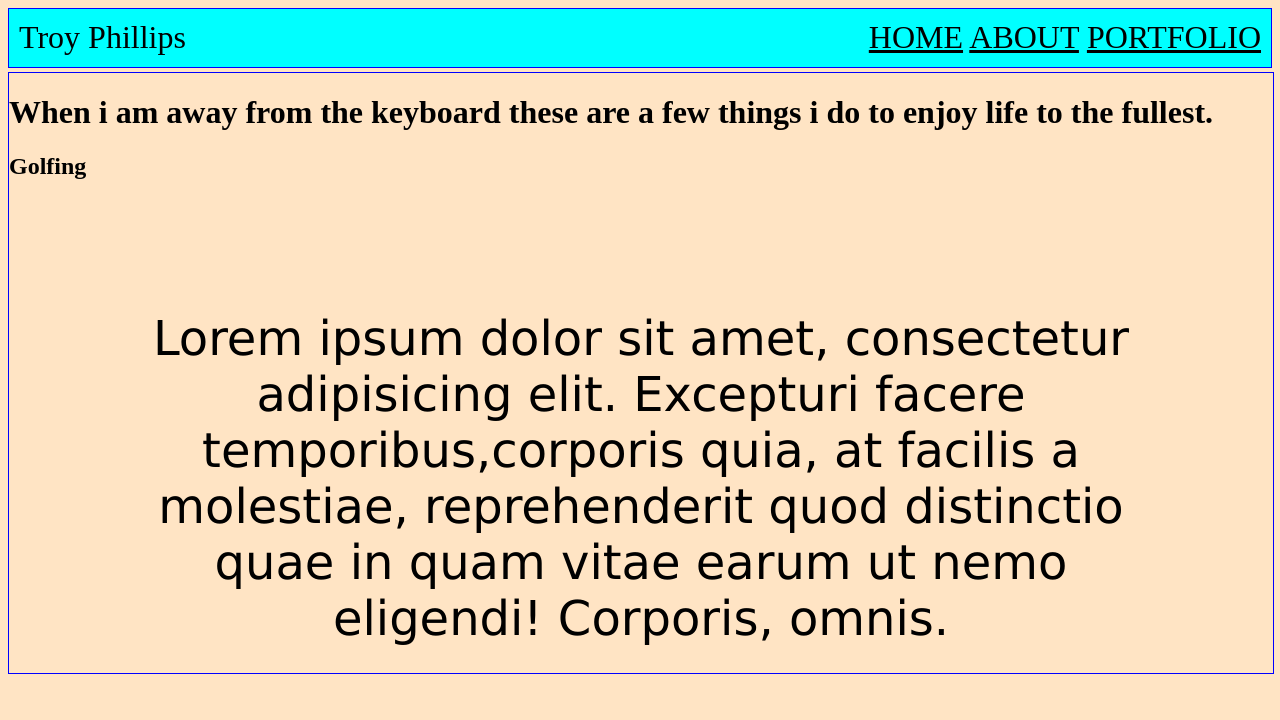
Repository: TheTroyPhillips/Personal-website
Page: about.html
These files come from the project's save history. The page is drawn as it stood at one moment and after a run of saves; the edit follows.
The browser window is 1280 px wide. The pictures show the whole page.

Above is the page before, as saved 2023-09-10 22:20:40.

After the next 5 saves:
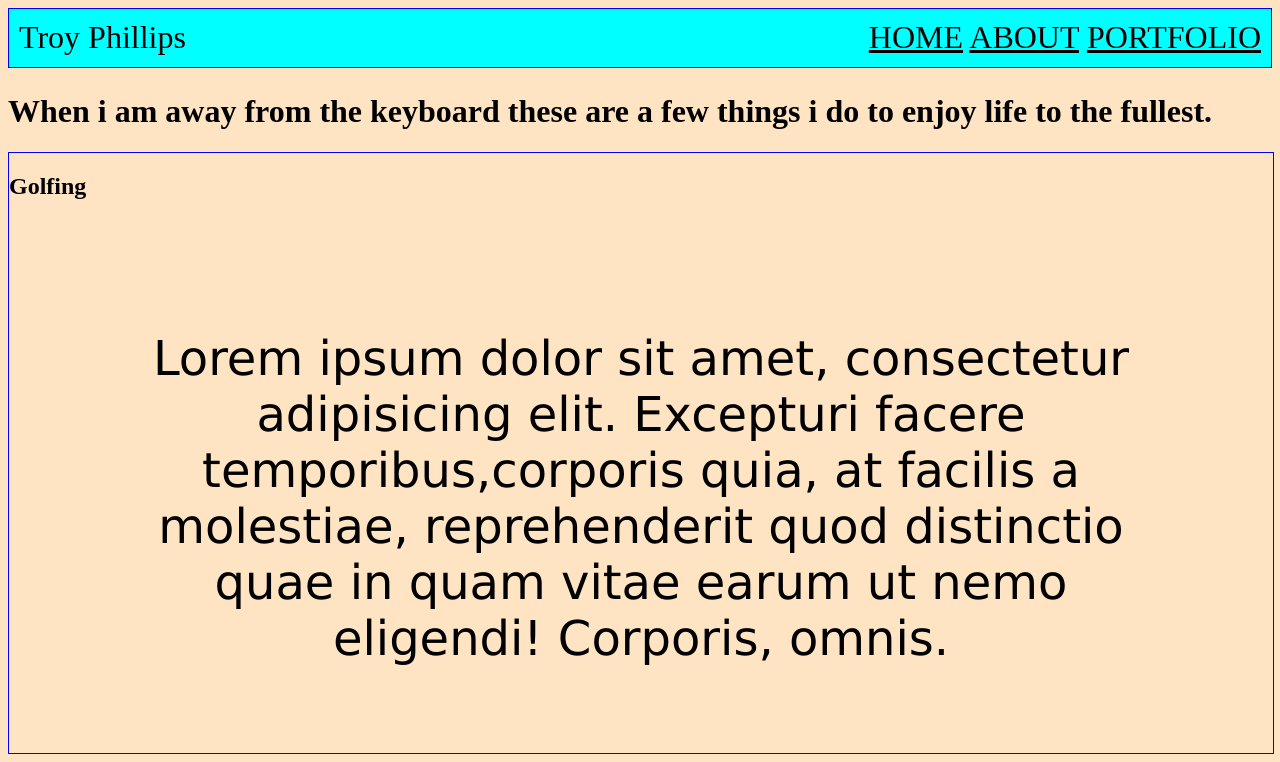
The 5 saves are shown as one change because they came seconds apart.
The last was saved 26 s later.
--- a/about.html
+++ b/about.html
@@ -15,9 +15,9 @@
             <a href="/about.html">ABOUT</a>
             <a href="/portfolio.html">PORTFOLIO</a>
         </div>
-        <div class="childb">
         <h1 class="about">When i am away from the keyboard these are
             a few things i do to enjoy life to the fullest.</h1>
+        <div class="childb">
             <section>
                 <h2>Golfing</h2>
                 <p class="pa">Lorem ipsum dolor sit amet, consectetur adipisicing elit. Excepturi facere
